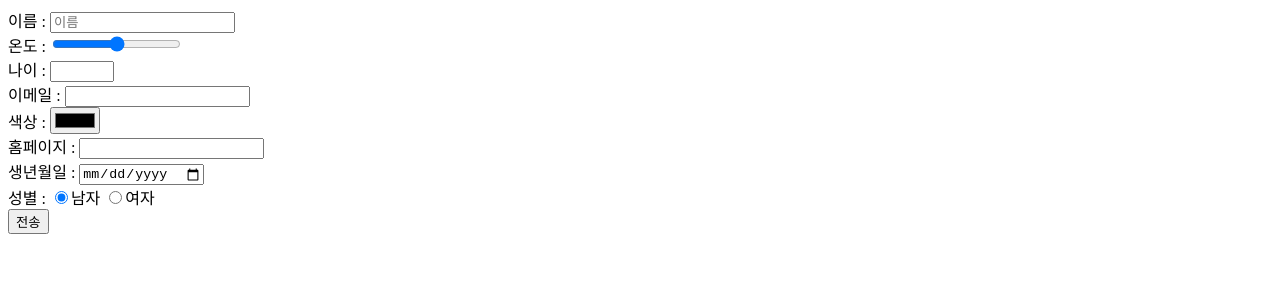
Repository: doridorijamjam2/JSP-Servlet
Page: Day_01/src/main/webapp/formPost.html
An editor plug-in stored every save of this project. The page is shown before and after the next save, followed by the edit.
The browser window is 1280 px wide. The pictures show the whole page.

Above is the page before, as saved 2021-10-19 03:43:12.

### Day_01/src/main/webapp/formPost.html
<!DOCTYPE html>
<html>
<head>
<meta charset="EUC-KR">
<title>Insert title here</title>
</head>
<body>
	<form action = "formPost" method = "POST">
		<lable for = "name"> 이름 : </lable>
		<input type = "text" name = "name" id = "name" required = "required"
		placeholder = "이름"><br>
		<lable for = "temperature"> 온도 : </lable>
		<input type = "range" name = "temperature" id = "temperature" min = "1"
		max = "100"><br>
		<lable for = "age"> 나이 : </lable>
		<input type = "number" name = "age" id = "age" min = "1"
		max = "100"><br>
		<lable for = "email"> 이메일 : </lable>
		<input type = "email" name = "email" id = "email" ><br>
		<lable for = "color"> 색상 : </lable>
		<input type = "color" name = "color" id = "color" ><br>
		<lable for = "homepage"> 홈페이지 : </lable>
		<input type = "url" name = "homepage" id = "homepage" ><br>
		<lable for = "birthday"> 생년월일 : </lable>
		<input type = "date" name = "birthday" id = "birthday" ><br>
		<lable for = "gender1"> 성별 : </lable>
		<input type = "radio" name = "gender" id = "gender1" value = "M"
		checked = "checked">남자
		<input type = "radio" name = "gender" id = "gender2" value = "F"
		>여자
		<br>
		<input type = "submit" value = "전송"/>

	</form>
</body>
</html>

After the next save:
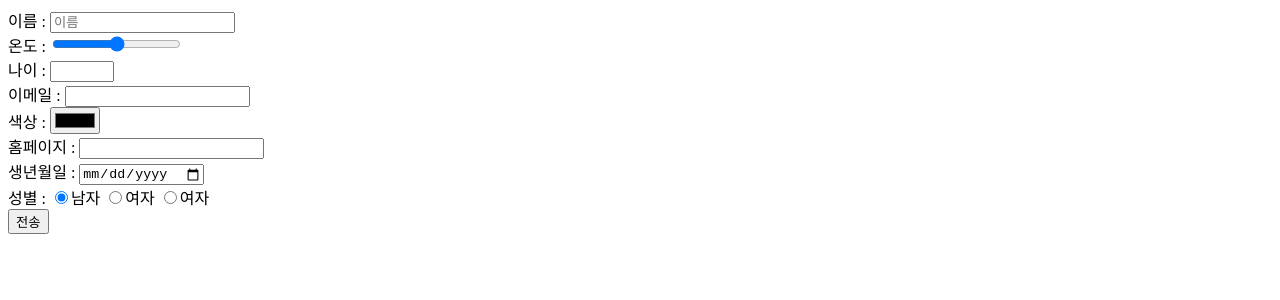
Saved 109 s later.
--- a/Day_01/src/main/webapp/formPost.html
+++ b/Day_01/src/main/webapp/formPost.html
@@ -28,6 +28,8 @@
 		checked = "checked">남자
 		<input type = "radio" name = "gender" id = "gender2" value = "F"
 		>여자
+		<input type = "radio" name = "gender" id = "gender2" value = "F"
+		>여자
 		<br>
 		<input type = "submit" value = "전송"/>
 
